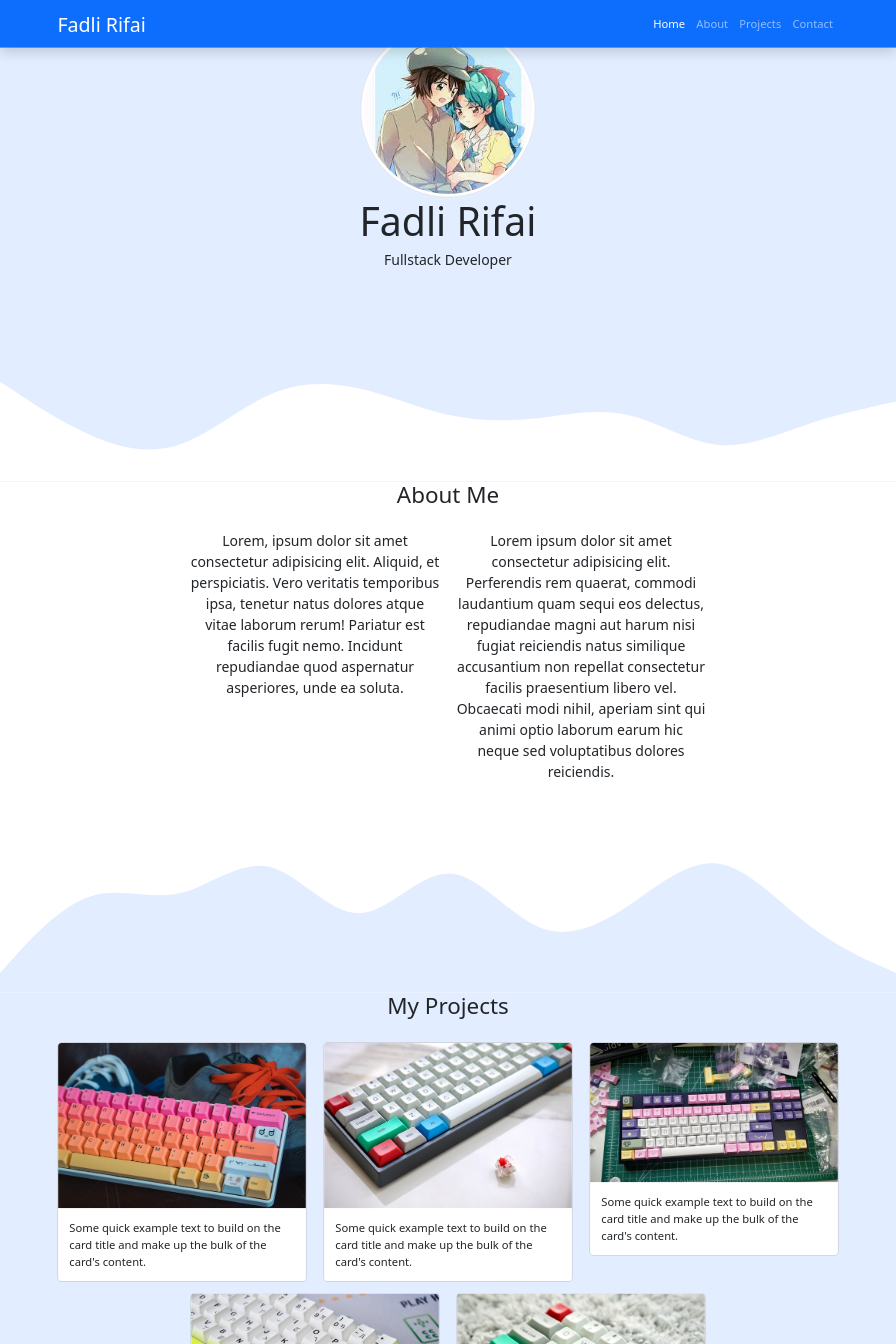
Repository: fadlyyy/fadli-dev.github.io
Page: index.html
An editor plug-in stored every save of this project. The page is shown before and after the next save, followed by the edit.
The browser window is 1280 px wide. The pictures show the part of the page from y = 0 to 1920 px (the page is 3268 px tall before and 3332 px after), at 70% of full size.

Above is the page before, as saved 2024-01-19 18:14:06.

After the next save:
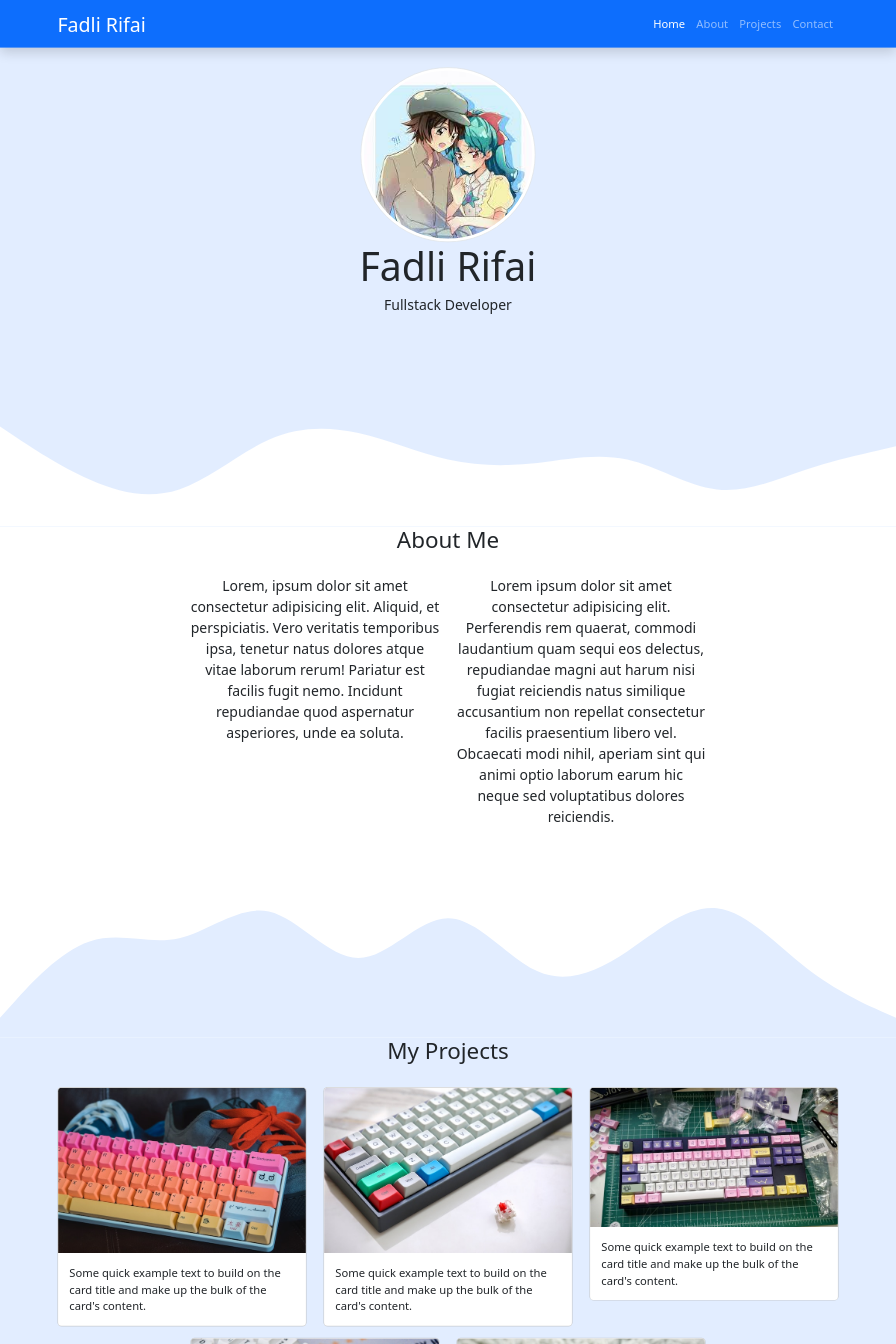
Saved 33 s later.
--- a/style.css
+++ b/style.css
@@ -1,5 +1,5 @@
 .jumbotron {
-  padding-top: 2rem;
+  padding-top: 6rem;
   background-color: #e2edff;
 }
 
